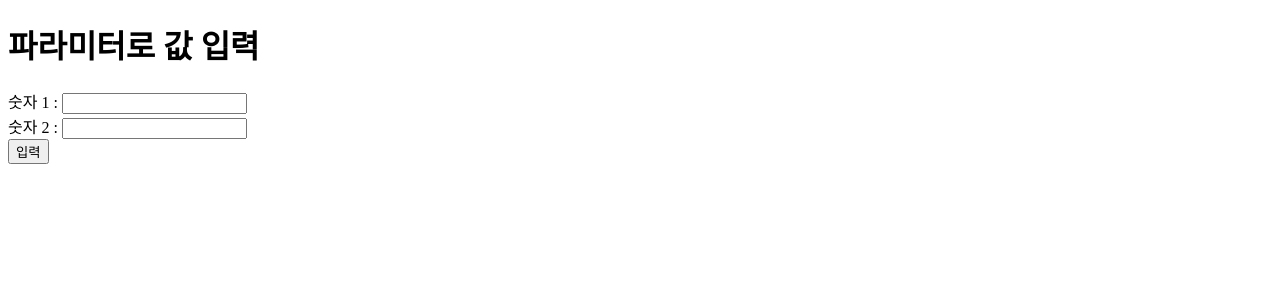
Repository: YooMyeongSeon/JSP_Servlet_Study
Page: http://localhost/web07/Ex_05_Form.jsp
An editor plug-in stored every save of this project. The page is shown before and after the next save, followed by the edit.
The browser window is 1280 px wide. The pictures show the whole page.
The page is served by Tomcat 9. Other server files are loaded and not shown.

Above is the page before, as saved 2022-06-10 01:46:25.

### web07/WebContent/Ex_05_Form.jsp
<%@ page language="java" contentType="text/html; charset=UTF-8"
    pageEncoding="UTF-8"%>
<!DOCTYPE html>
<html>
<head>
<meta charset="UTF-8">
<title>Insert title here</title>
</head>
<body>
	<h1>파라미터로 값 입력</h1>
	<form action="Ex_04_Result.jsp" method="POST">
		숫자 1 : <input type="number" name="num1"><br>
		숫자 2 : <input type="number" name="num2"><br>
		<input type="submit" value="입력"><br>
	</form>
</body>
</html>

After the next save:
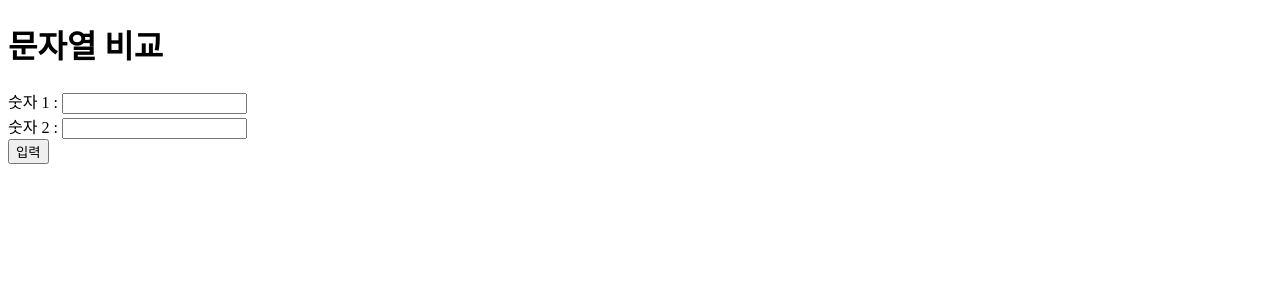
Saved 40 s later.
--- a/web07/WebContent/Ex_05_Form.jsp
+++ b/web07/WebContent/Ex_05_Form.jsp
@@ -7,8 +7,8 @@
 <title>Insert title here</title>
 </head>
 <body>
-	<h1>파라미터로 값 입력</h1>
-	<form action="Ex_04_Result.jsp" method="POST">
+	<h1>문자열 비교</h1>
+	<form action="Ex_05_Result.jsp" method="POST">
 		숫자 1 : <input type="number" name="num1"><br>
 		숫자 2 : <input type="number" name="num2"><br>
 		<input type="submit" value="입력"><br>
